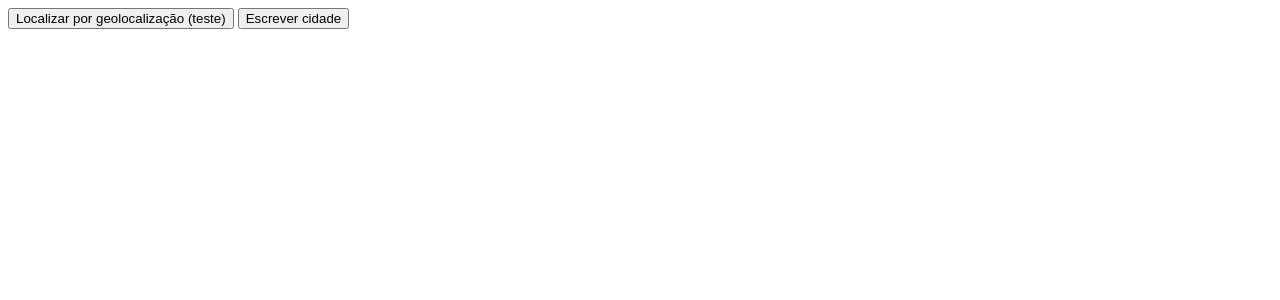
Repository: umlaufisadora/api-weather-physics
Page: index.html
These files come from the project's save history. The page is drawn as it stood at one moment and after the next save; the edit follows.
The browser window is 1280 px wide. The pictures show the whole page.

Above is the page before, as saved 2026-07-24 20:39:45.

After the next save:
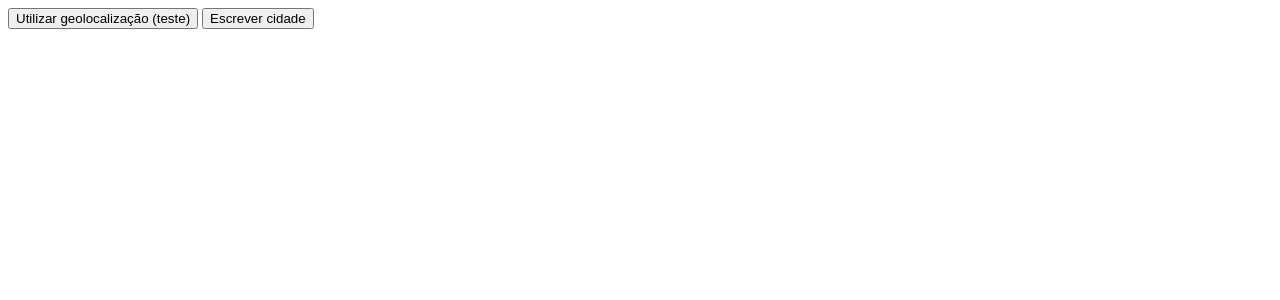
Saved 4 min 9 s later.
--- a/index.html
+++ b/index.html
@@ -11,7 +11,7 @@
 <body>
 
     <main>
-        <button id="btn-geolocation">Localizar por geolocalização (teste)</button>
+        <button id="btn-geolocation">Utilizar geolocalização (teste)</button>
         <button id="btn-describe">Escrever cidade</button>
     </main>
 
